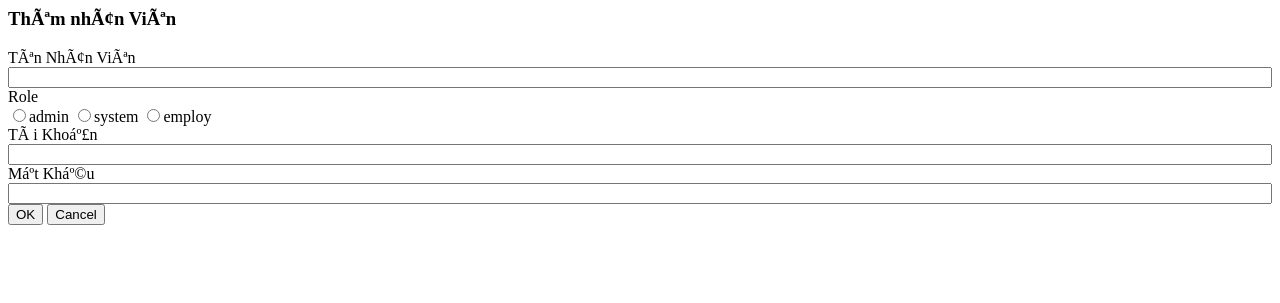
Repository: chickenoken/LuanAn
Page: http://localhost/net/quanLyNhanVienControl
The author's editor kept a copy of each file at every save. The page is drawn from the files as they stood at one save, then again after the next save.
The browser window is 1280 px wide. The pictures show the whole page.
The page is served by Tomcat 9.

Above is the page before, as saved 2019-06-17 09:51:40.

After the next save:
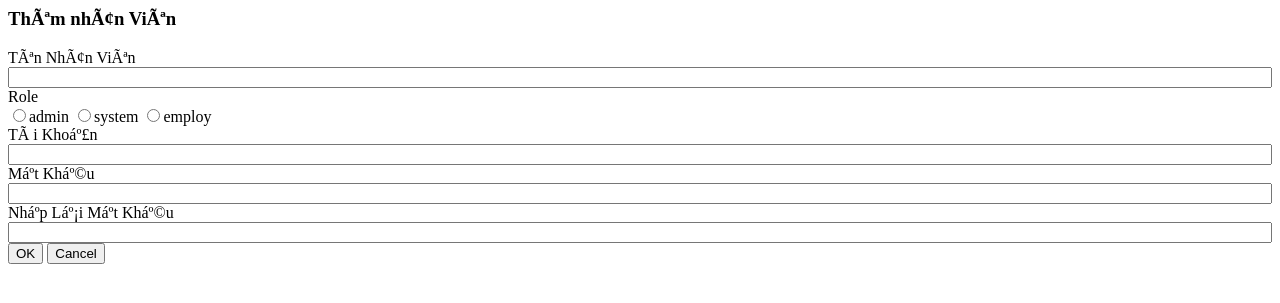
Saved 9 s later.
--- a/net/src/main/webapp/WEB-INF/pages/quanLyNhanVienControl.jsp
+++ b/net/src/main/webapp/WEB-INF/pages/quanLyNhanVienControl.jsp
@@ -36,6 +36,14 @@
       </div>
     </div>
   </div>
+  <div class="row">
+    <div class="form-group">
+      <div class="col-md-4"><span>Nhập Lại Mật Khẩu</span></div>
+      <div class="col-md-8">
+        <input type="password" ng-model="model.form.control.matKhau" style="width : 100%">
+      </div>
+    </div>
+  </div>
 
 </div>
 <div class="modal-footer">
